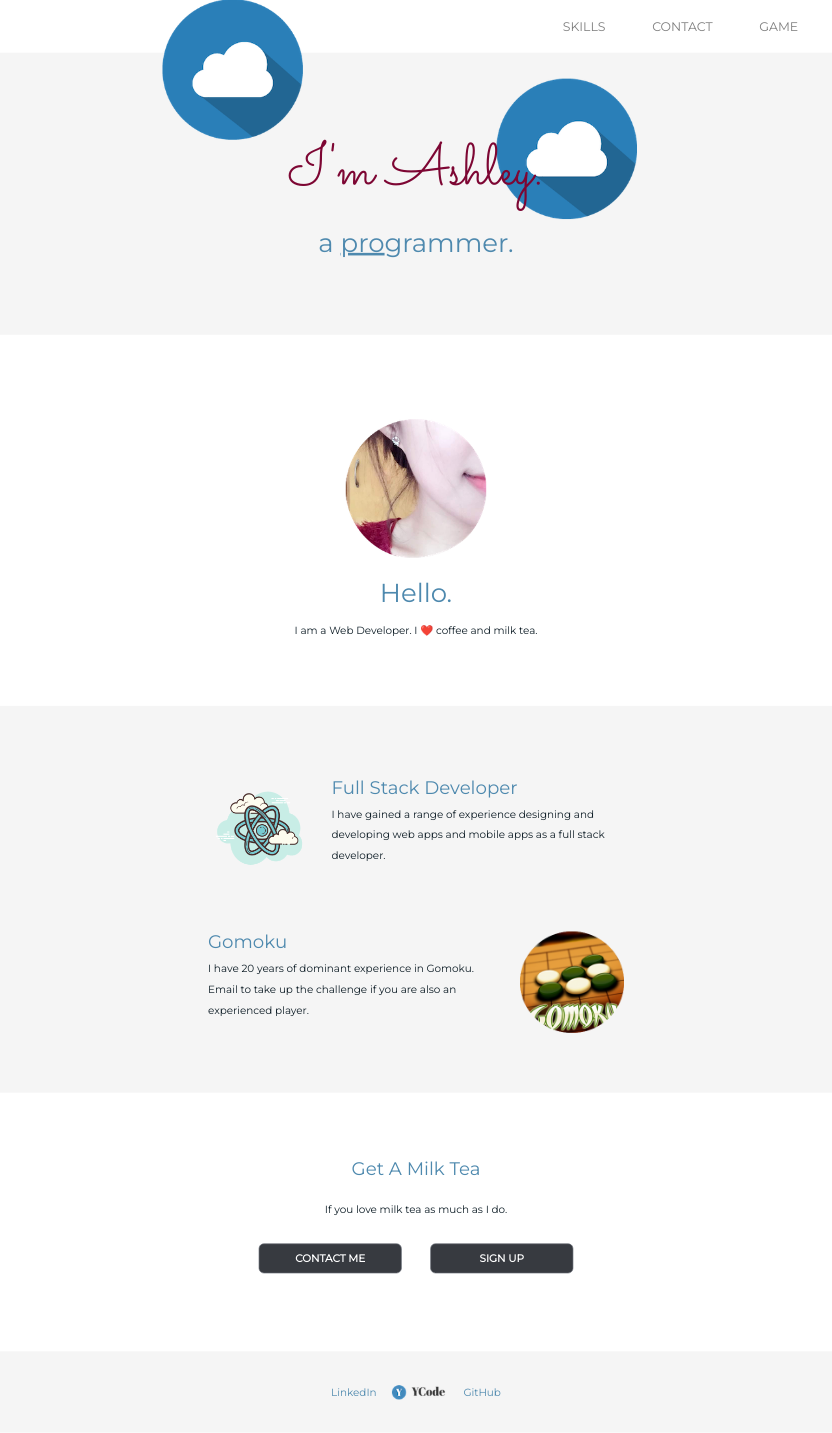
Repository: nosugarpls/YCode-my-website
Page: index.html
An editor plug-in stored every save of this project. The page is shown before and after the next save, followed by the edit.
The browser window is 1280 px wide. The pictures show the whole page, at 65% of full size.

Above is the page before, as saved 2020-10-20 09:23:02.

After the next save:
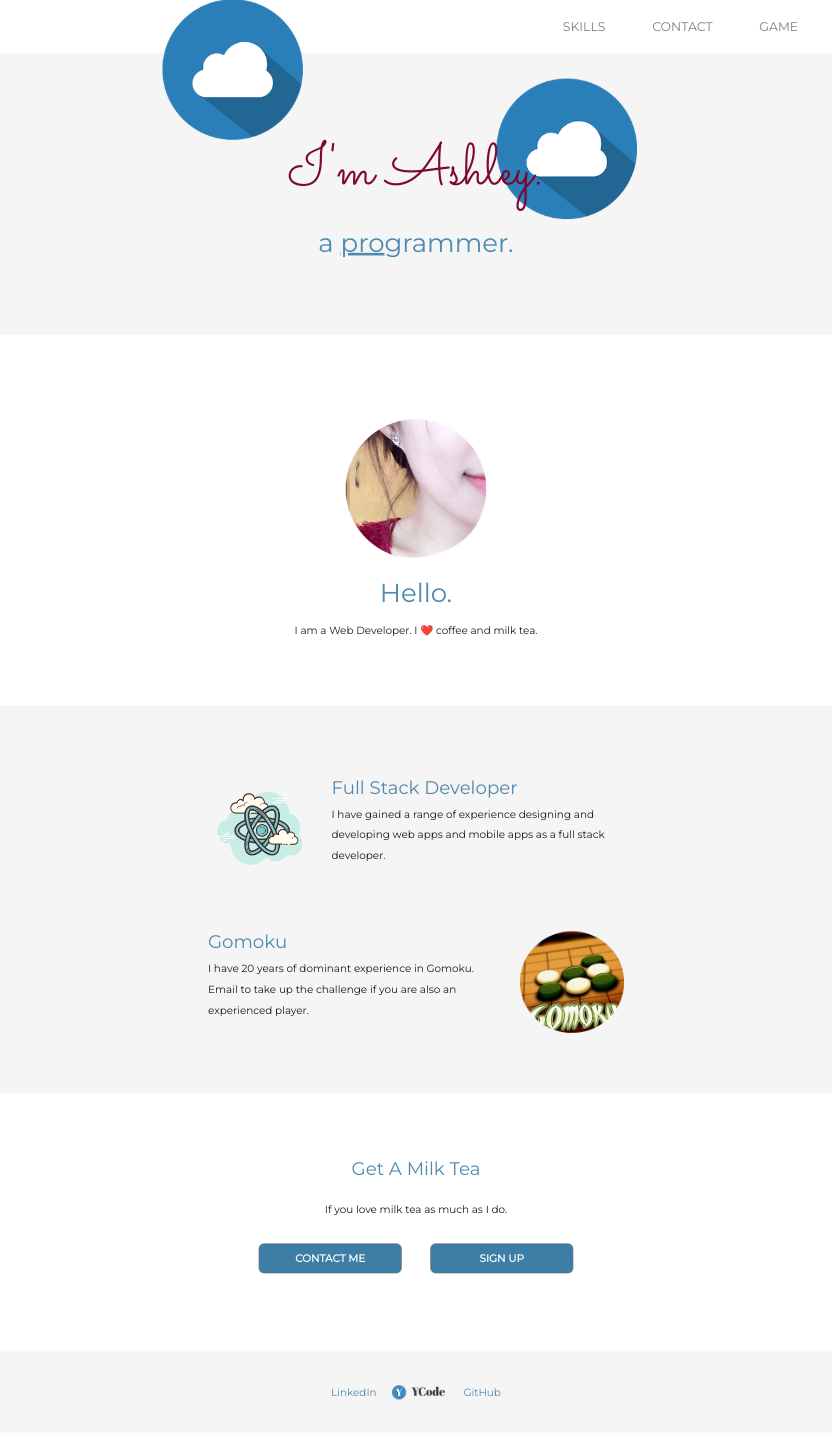
Saved 38 min 48 s later.
--- a/css/styles.css
+++ b/css/styles.css
@@ -156,7 +156,7 @@ a {
   font-family: 'Montserrat', sans-serif;
   text-align: center;
   font-weight: bold;
-  background-color: #373a40;
+  background-color: #3d7ea6;
   border: 1px solid #686d76;
   border-radius: 8px;
   color: #fff;
@@ -167,7 +167,7 @@ a {
 }
 
 .btn:active, .btn:focus, .btn:hover {
-  background-color: #686d76;
+  background-color: #2d6187;
   border: 1px solid #fff;
 }
 
